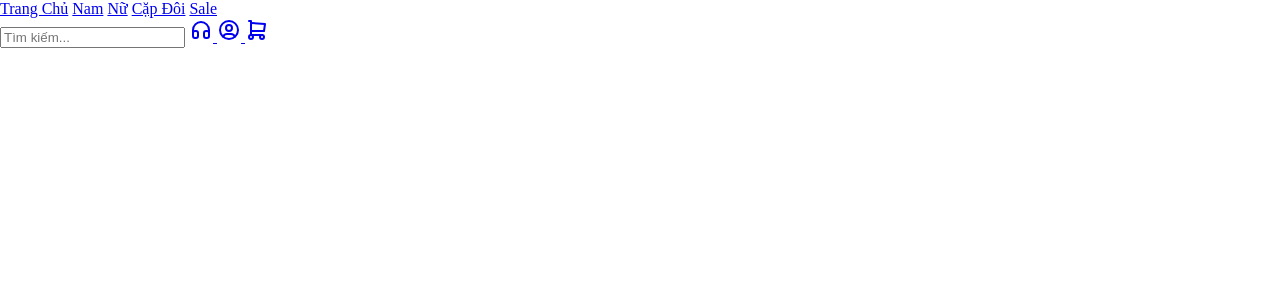
Repository: manhhieu120499/demo_page
Page: nam.html
An editor plug-in stored every save of this project. The page is shown before and after a run of saves, followed by the edit.
The browser window is 1280 px wide. The pictures show the whole page.

Above is the page before, as saved 2023-03-04 15:45:33.

### nam.html
<!DOCTYPE html>
<html lang="en">
<head>
    <meta charset="UTF-8">
    <meta http-equiv="X-UA-Compatible" content="IE=edge">
    <meta name="viewport" content="width=device-width, initial-scale=1.0">
    <title>Document</title>
    <link rel="stylesheet" href="./style_nam.css">
</head>
<body>
    <div class="wrap">
        <div class="header">
            <div class="header_nav">
                <a href="#">Trang Chủ</a>
                <a href="#">Nam</a>
                <a href="#">Nữ</a>
                <a href="#">Cặp Đôi</a>
                <a href="#">Sale</a>
            </div>
            <div class="right_header">
                <input type="text" placeholder="Tìm kiếm...">
                <a href="#">
                    <svg xmlns="http://www.w3.org/2000/svg" class="icon icon-tabler icon-tabler-headphones" width="24" height="24" viewBox="0 0 24 24" stroke-width="2" stroke="currentColor" fill="none" stroke-linecap="round" stroke-linejoin="round">
                        <path stroke="none" d="M0 0h24v24H0z" fill="none"></path>
                        <path d="M4 13m0 2a2 2 0 0 1 2 -2h1a2 2 0 0 1 2 2v3a2 2 0 0 1 -2 2h-1a2 2 0 0 1 -2 -2z"></path>
                        <path d="M15 13m0 2a2 2 0 0 1 2 -2h1a2 2 0 0 1 2 2v3a2 2 0 0 1 -2 2h-1a2 2 0 0 1 -2 -2z"></path>
                        <path d="M4 15v-3a8 8 0 0 1 16 0v3"></path>
                     </svg>
                </a>
                <a href="#">
                    <svg xmlns="http://www.w3.org/2000/svg" class="icon icon-tabler icon-tabler-user-circle" width="24" height="24" viewBox="0 0 24 24" stroke-width="2" stroke="currentColor" fill="none" stroke-linecap="round" stroke-linejoin="round">
                        <path stroke="none" d="M0 0h24v24H0z" fill="none"></path>
                        <path d="M12 12m-9 0a9 9 0 1 0 18 0a9 9 0 1 0 -18 0"></path>
                        <path d="M12 10m-3 0a3 3 0 1 0 6 0a3 3 0 1 0 -6 0"></path>
                        <path d="M6.168 18.849a4 4 0 0 1 3.832 -2.849h4a4 4 0 0 1 3.834 2.855"></path>
                     </svg>
                </a>
                <a href="#">
                    <svg xmlns="http://www.w3.org/2000/svg" class="icon icon-tabler icon-tabler-shopping-cart" width="24" height="24" viewBox="0 0 24 24" stroke-width="2" stroke="currentColor" fill="none" stroke-linecap="round" stroke-linejoin="round">
                        <path stroke="none" d="M0 0h24v24H0z" fill="none"></path>
                        <path d="M6 19m-2 0a2 2 0 1 0 4 0a2 2 0 1 0 -4 0"></path>
                        <path d="M17 19m-2 0a2 2 0 1 0 4 0a2 2 0 1 0 -4 0"></path>
                        <path d="M17 17h-11v-14h-2"></path>
                        <path d="M6 5l14 1l-1 7h-13"></path>
                     </svg>
                </a>
            </div>
        </div>
    </div>
</body>
</html>

### style_nam.css
* {
    margin: 0;
    box-sizing: border-box;
}

.header {
    background-color: ;
}

After the next 3 saves:
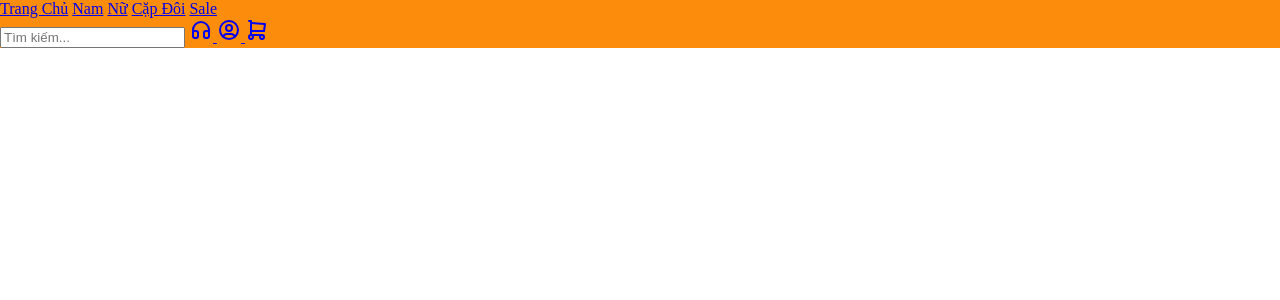
The 3 saves are shown as one change because they came seconds apart.
The last was saved 32 s later.
--- a/style_nam.css
+++ b/style_nam.css
@@ -4,5 +4,6 @@
 }
 
 .header {
-    background-color: ;
+    background-color: #FC8D0C;
+
 }
